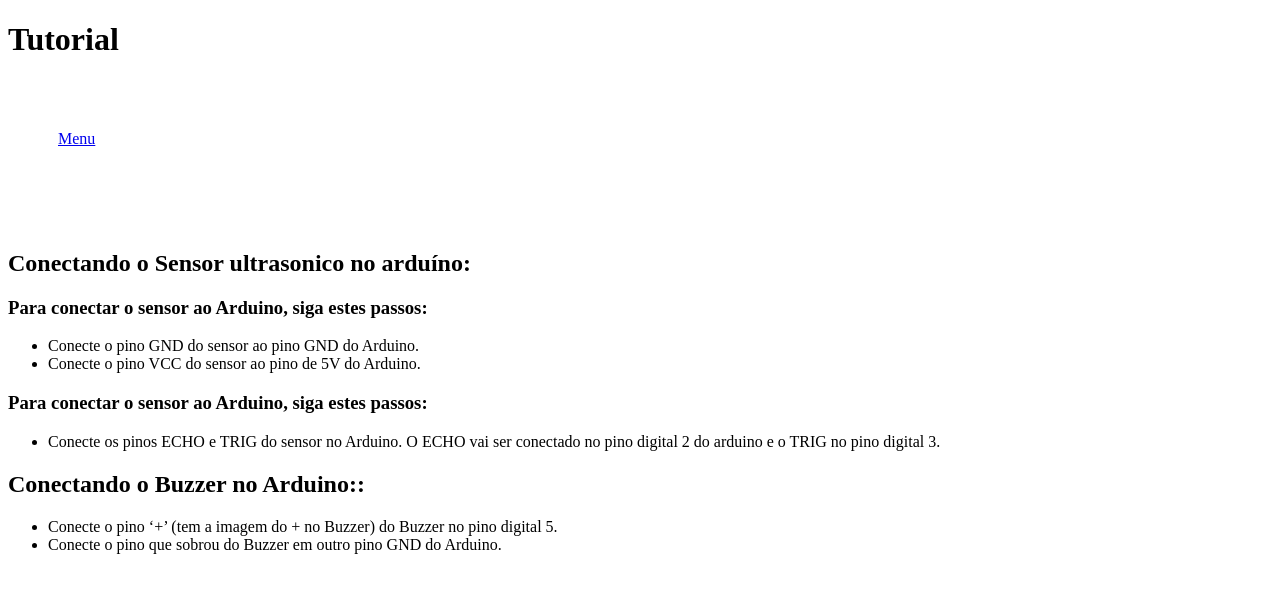
Repository: Eito2511/Site-tutorial-arduino
Page: tutorial.html
These files come from the project's save history. The page is drawn as it stood at one moment and after the next save; the edit follows.
The browser window is 1280 px wide. The pictures show the whole page.

Above is the page before, as saved 2025-06-03 18:19:18.

### tutorial.html
<!DOCTYPE html>
<html lang="en">
  <head>
    <meta charset="UTF-8" />
    <meta name="viewport" content="width=device-width, initial-scale=1.0" />
    <title>Tutorial</title>
  </head>
  <body>
    <header>
      <h1 class="titulo">Tutorial</h1>
    </header>

    <section style="height: 50px; padding: 50px">
      <a href="index.html" class="btn">Menu</a>
    </section>

    <div>
      <h2>Conectando o Sensor ultrasonico no arduíno:</h1>
      <h3>Para conectar o sensor ao Arduino, siga estes passos:</h2>
      <ul>
        <li>Conecte o pino GND do sensor ao pino GND do Arduino.</li>
        <li>Conecte o pino VCC do sensor ao pino de 5V do Arduino.</li>
      </ul>
    </div>

    <div>
      <h3>Para conectar o sensor ao Arduino, siga estes passos:</h2>
      <ul>
        <li>
          Conecte os pinos ECHO e TRIG do sensor no Arduino. O ECHO vai ser
          conectado no pino digital 2 do arduino e o TRIG no pino digital 3.
        </li>
      </ul>
    </div>

    <div>
      <h2>Conectando o Buzzer no Arduino::</h2>
      <ul>
        <li>
          Conecte o pino ‘+’ (tem a imagem do + no Buzzer) do Buzzer no pino
          digital 5.
        </li>
        <li>
          Conecte o pino que sobrou do Buzzer em outro pino GND do Arduino.
        </li>
      </ul>
    </div>
  </body>
</html>

After the next save:
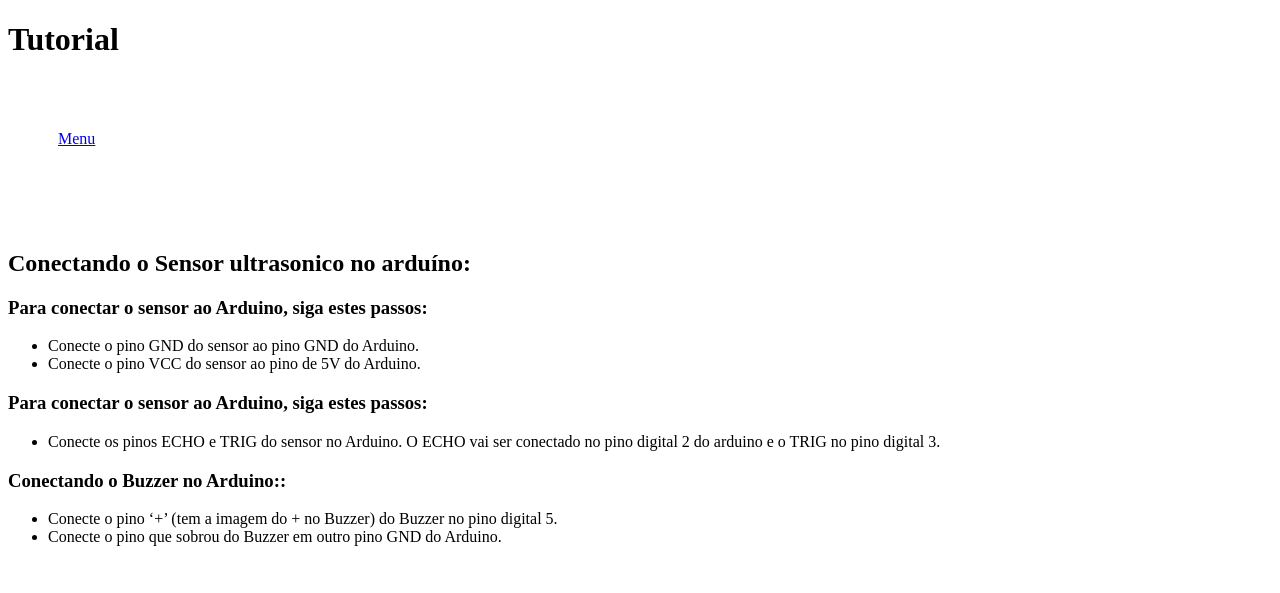
Saved 6 s later.
--- a/tutorial.html
+++ b/tutorial.html
@@ -34,7 +34,7 @@
     </div>
 
     <div>
-      <h2>Conectando o Buzzer no Arduino::</h2>
+      <h3>Conectando o Buzzer no Arduino::</h2>
       <ul>
         <li>
           Conecte o pino ‘+’ (tem a imagem do + no Buzzer) do Buzzer no pino
